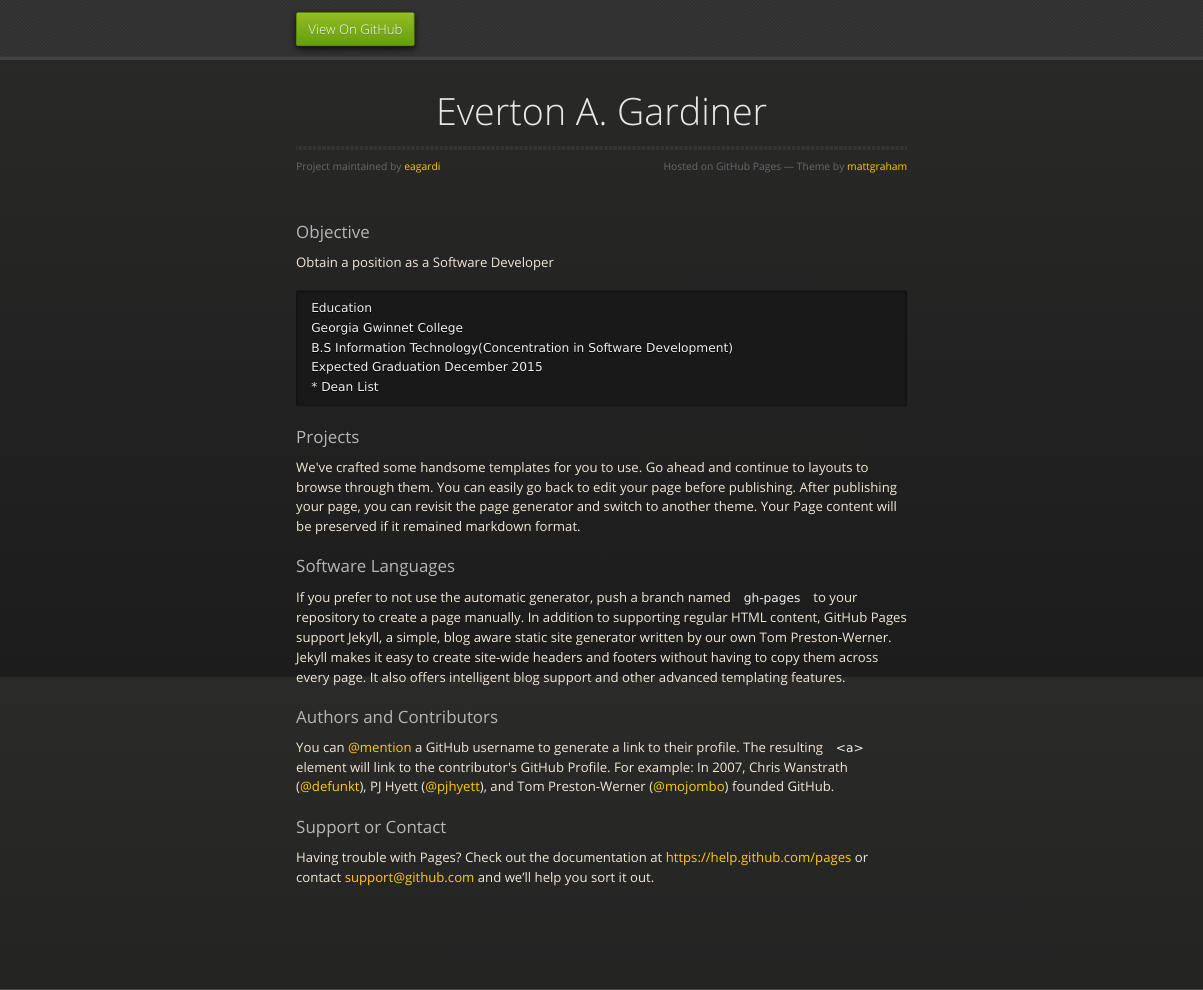
Repository: eagardi/eagardi.github.io
Page: index.html
The author's editor kept a record of every edit. The page is drawn from the files as they stood at one moment, then again after the next edit.
The browser window is 1280 px wide. The pictures show the whole page, at 94% of full size.
Backgrounds fixed to the window are drawn as part of the page. Some web libraries are served in a nearby version.

Above is the page before.

### index.html
<!doctype html>
<html>
  <head>
    <meta charset="utf-8">
    <meta http-equiv="X-UA-Compatible" content="chrome=1">
    <title>Everton A. Gardiner</title>
    <link rel="stylesheet" href="stylesheets/styles.css">
    <link rel="stylesheet" href="stylesheets/pygment_trac.css">
    <script src="https://ajax.googleapis.com/ajax/libs/jquery/1.7.1/jquery.min.js"></script>
    <script src="javascripts/respond.js"></script>
    <!--[if lt IE 9]>
      <script src="//html5shiv.googlecode.com/svn/trunk/html5.js"></script>
    <![endif]-->
    <!--[if lt IE 8]>
    <link rel="stylesheet" href="stylesheets/ie.css">
    <![endif]-->
    <meta name="viewport" content="width=device-width, initial-scale=1, user-scalable=no">

  </head>
  <body>
      <div id="header">
        <nav>
          <li class="fork"><a href="https://github.com/eagardi">View On GitHub</a></li>
        </nav>
      </div><!-- end header -->

    <div class="wrapper">

      <section>
        <div id="title">
          <h1>Everton A. Gardiner</h1>
          <p></p>
          <hr>
          <span class="credits left">Project maintained by <a href="https://github.com/eagardi">eagardi</a></span>
          <span class="credits right">Hosted on GitHub Pages &mdash; Theme by <a href="https://twitter.com/michigangraham">mattgraham</a></span>
        </div>

        <h3>
<a id="welcome-to-github-pages" class="anchor" href="#welcome-to-github-pages" aria-hidden="true"><span class="octicon octicon-link"></span></a>Objective</h3>

<p>Obtain a position as a Software Developer</p>

<pre><code>Education
Georgia Gwinnet College
B.S Information Technology(Concentration in Software Development)
Expected Graduation December 2015
* Dean List
</code></pre>


<h3>
<a id="designer-templates" class="anchor" href="#designer-templates" aria-hidden="true"><span class="octicon octicon-link"></span></a>Projects</h3>

<p>We've crafted some handsome templates for you to use. Go ahead and continue to layouts to browse through them. You can easily go back to edit your page before publishing. After publishing your page, you can revisit the page generator and switch to another theme. Your Page content will be preserved if it remained markdown format.</p>

<h3>
<a id="rather-drive-stick" class="anchor" href="#rather-drive-stick" aria-hidden="true"><span class="octicon octicon-link"></span></a>Software Languages</h3>

<p>If you prefer to not use the automatic generator, push a branch named <code>gh-pages</code> to your repository to create a page manually. In addition to supporting regular HTML content, GitHub Pages support Jekyll, a simple, blog aware static site generator written by our own Tom Preston-Werner. Jekyll makes it easy to create site-wide headers and footers without having to copy them across every page. It also offers intelligent blog support and other advanced templating features.</p>

<h3>
<a id="authors-and-contributors" class="anchor" href="#authors-and-contributors" aria-hidden="true"><span class="octicon octicon-link"></span></a>Authors and Contributors</h3>

<p>You can <a href="https://github.com/blog/821" class="user-mention">@mention</a> a GitHub username to generate a link to their profile. The resulting <code>&lt;a&gt;</code> element will link to the contributor's GitHub Profile. For example: In 2007, Chris Wanstrath (<a href="https://github.com/defunkt" class="user-mention">@defunkt</a>), PJ Hyett (<a href="https://github.com/pjhyett" class="user-mention">@pjhyett</a>), and Tom Preston-Werner (<a href="https://github.com/mojombo" class="user-mention">@mojombo</a>) founded GitHub.</p>

<h3>
<a id="support-or-contact" class="anchor" href="#support-or-contact" aria-hidden="true"><span class="octicon octicon-link"></span></a>Support or Contact</h3>

<p>Having trouble with Pages? Check out the documentation at <a href="https://help.github.com/pages">https://help.github.com/pages</a> or contact <a href="mailto:support@github.com">support@github.com</a> and we’ll help you sort it out.</p>
      </section>

    </div>
    <!--[if !IE]><script>fixScale(document);</script><![endif]-->

  </body>
</html>

### stylesheets/pygment_trac.css
.highlight .hll { background-color: #404040 }
.highlight  { color: #d0d0d0 }
.highlight .c { color: #999999; font-style: italic } /* Comment */
.highlight .err { color: #a61717; background-color: #e3d2d2 } /* Error */
.highlight .g { color: #d0d0d0 } /* Generic */
.highlight .k { color: #6ab825; font-weight: normal } /* Keyword */
.highlight .l { color: #d0d0d0 } /* Literal */
.highlight .n { color: #d0d0d0 } /* Name */
.highlight .o { color: #d0d0d0 } /* Operator */
.highlight .x { color: #d0d0d0 } /* Other */
.highlight .p { color: #d0d0d0 } /* Punctuation */
.highlight .cm { color: #999999; font-style: italic } /* Comment.Multiline */
.highlight .cp { color: #cd2828; font-weight: normal } /* Comment.Preproc */
.highlight .c1 { color: #999999; font-style: italic } /* Comment.Single */
.highlight .cs { color: #e50808; font-weight: normal; background-color: #520000 } /* Comment.Special */
.highlight .gd { color: #d22323 } /* Generic.Deleted */
.highlight .ge { color: #d0d0d0; font-style: italic } /* Generic.Emph */
.highlight .gr { color: #d22323 } /* Generic.Error */
.highlight .gh { color: #ffffff; font-weight: normal } /* Generic.Heading */
.highlight .gi { color: #589819 } /* Generic.Inserted */
.highlight .go { color: #cccccc } /* Generic.Output */
.highlight .gp { color: #aaaaaa } /* Generic.Prompt */
.highlight .gs { color: #d0d0d0; font-weight: normal } /* Generic.Strong */
.highlight .gu { color: #ffffff; text-decoration: underline } /* Generic.Subheading */
.highlight .gt { color: #d22323 } /* Generic.Traceback */
.highlight .kc { color: #6ab825; font-weight: normal } /* Keyword.Constant */
.highlight .kd { color: #6ab825; font-weight: normal } /* Keyword.Declaration */
.highlight .kn { color: #6ab825; font-weight: normal } /* Keyword.Namespace */
.highlight .kp { color: #6ab825 } /* Keyword.Pseudo */
.highlight .kr { color: #6ab825; font-weight: normal } /* Keyword.Reserved */
.highlight .kt { color: #6ab825; font-weight: normal } /* Keyword.Type */
.highlight .ld { color: #d0d0d0 } /* Literal.Date */
.highlight .m { color: #3677a9 } /* Literal.Number */
.highlight .s { color: #9dd5f1 } /* Literal.String */
.highlight .na { color: #bbbbbb } /* Name.Attribute */
.highlight .nb { color: #24909d } /* Name.Builtin */
.highlight .nc { color: #447fcf; text-decoration: underline } /* Name.Class */
.highlight .no { color: #40ffff } /* Name.Constant */
.highlight .nd { color: #ffa500 } /* Name.Decorator */
.highlight .ni { color: #d0d0d0 } /* Name.Entity */
.highlight .ne { color: #bbbbbb } /* Name.Exception */
.highlight .nf { color: #447fcf } /* Name.Function */
.highlight .nl { color: #d0d0d0 } /* Name.Label */
.highlight .nn { color: #447fcf; text-decoration: underline } /* Name.Namespace */
.highlight .nx { color: #d0d0d0 } /* Name.Other */
.highlight .py { color: #d0d0d0 } /* Name.Property */
.highlight .nt { color: #6ab825;} /* Name.Tag */
.highlight .nv { color: #40ffff } /* Name.Variable */
.highlight .ow { color: #6ab825; font-weight: normal } /* Operator.Word */
.highlight .w { color: #666666 } /* Text.Whitespace */
.highlight .mf { color: #3677a9 } /* Literal.Number.Float */
.highlight .mh { color: #3677a9 } /* Literal.Number.Hex */
.highlight .mi { color: #3677a9 } /* Literal.Number.Integer */
.highlight .mo { color: #3677a9 } /* Literal.Number.Oct */
.highlight .sb { color: #9dd5f1 } /* Literal.String.Backtick */
.highlight .sc { color: #9dd5f1 } /* Literal.String.Char */
.highlight .sd { color: #9dd5f1 } /* Literal.String.Doc */
.highlight .s2 { color: #9dd5f1 } /* Literal.String.Double */
.highlight .se { color: #9dd5f1 } /* Literal.String.Escape */
.highlight .sh { color: #9dd5f1 } /* Literal.String.Heredoc */
.highlight .si { color: #9dd5f1 } /* Literal.String.Interpol */
.highlight .sx { color: #ffa500 } /* Literal.String.Other */
.highlight .sr { color: #9dd5f1 } /* Literal.String.Regex */
.highlight .s1 { color: #9dd5f1 } /* Literal.String.Single */
.highlight .ss { color: #9dd5f1 } /* Literal.String.Symbol */
.highlight .bp { color: #24909d } /* Name.Builtin.Pseudo */
.highlight .vc { color: #40ffff } /* Name.Variable.Class */
.highlight .vg { color: #40ffff } /* Name.Variable.Global */
.highlight .vi { color: #40ffff } /* Name.Variable.Instance */
.highlight .il { color: #3677a9 } /* Literal.Number.Integer.Long */

Loaded but not shown: javascripts/respond.js (778 lines, source omitted); stylesheets/styles.css (851 lines, source omitted)

After the next edit:
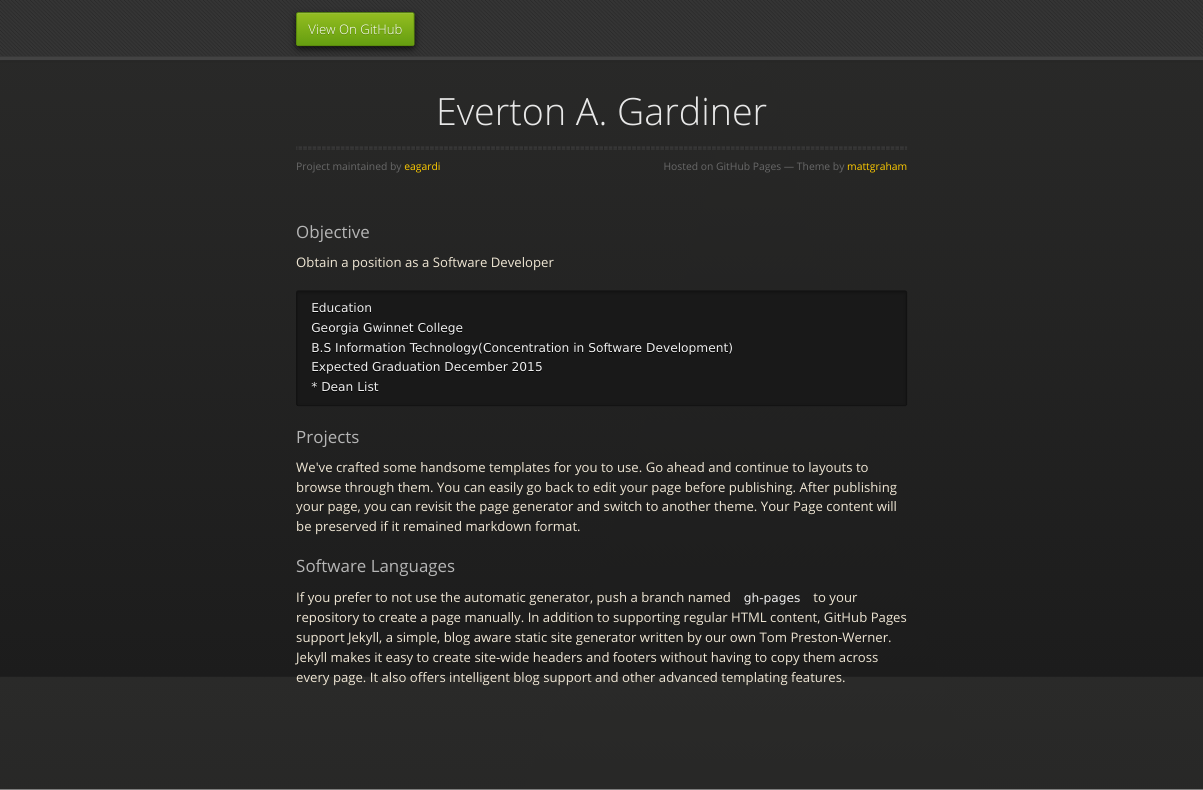
The edit:
--- a/index.html
+++ b/index.html
@@ -58,15 +58,7 @@
 
 <p>If you prefer to not use the automatic generator, push a branch named <code>gh-pages</code> to your repository to create a page manually. In addition to supporting regular HTML content, GitHub Pages support Jekyll, a simple, blog aware static site generator written by our own Tom Preston-Werner. Jekyll makes it easy to create site-wide headers and footers without having to copy them across every page. It also offers intelligent blog support and other advanced templating features.</p>
 
-<h3>
-<a id="authors-and-contributors" class="anchor" href="#authors-and-contributors" aria-hidden="true"><span class="octicon octicon-link"></span></a>Authors and Contributors</h3>
 
-<p>You can <a href="https://github.com/blog/821" class="user-mention">@mention</a> a GitHub username to generate a link to their profile. The resulting <code>&lt;a&gt;</code> element will link to the contributor's GitHub Profile. For example: In 2007, Chris Wanstrath (<a href="https://github.com/defunkt" class="user-mention">@defunkt</a>), PJ Hyett (<a href="https://github.com/pjhyett" class="user-mention">@pjhyett</a>), and Tom Preston-Werner (<a href="https://github.com/mojombo" class="user-mention">@mojombo</a>) founded GitHub.</p>
-
-<h3>
-<a id="support-or-contact" class="anchor" href="#support-or-contact" aria-hidden="true"><span class="octicon octicon-link"></span></a>Support or Contact</h3>
-
-<p>Having trouble with Pages? Check out the documentation at <a href="https://help.github.com/pages">https://help.github.com/pages</a> or contact <a href="mailto:support@github.com">support@github.com</a> and we’ll help you sort it out.</p>
       </section>
 
     </div>
